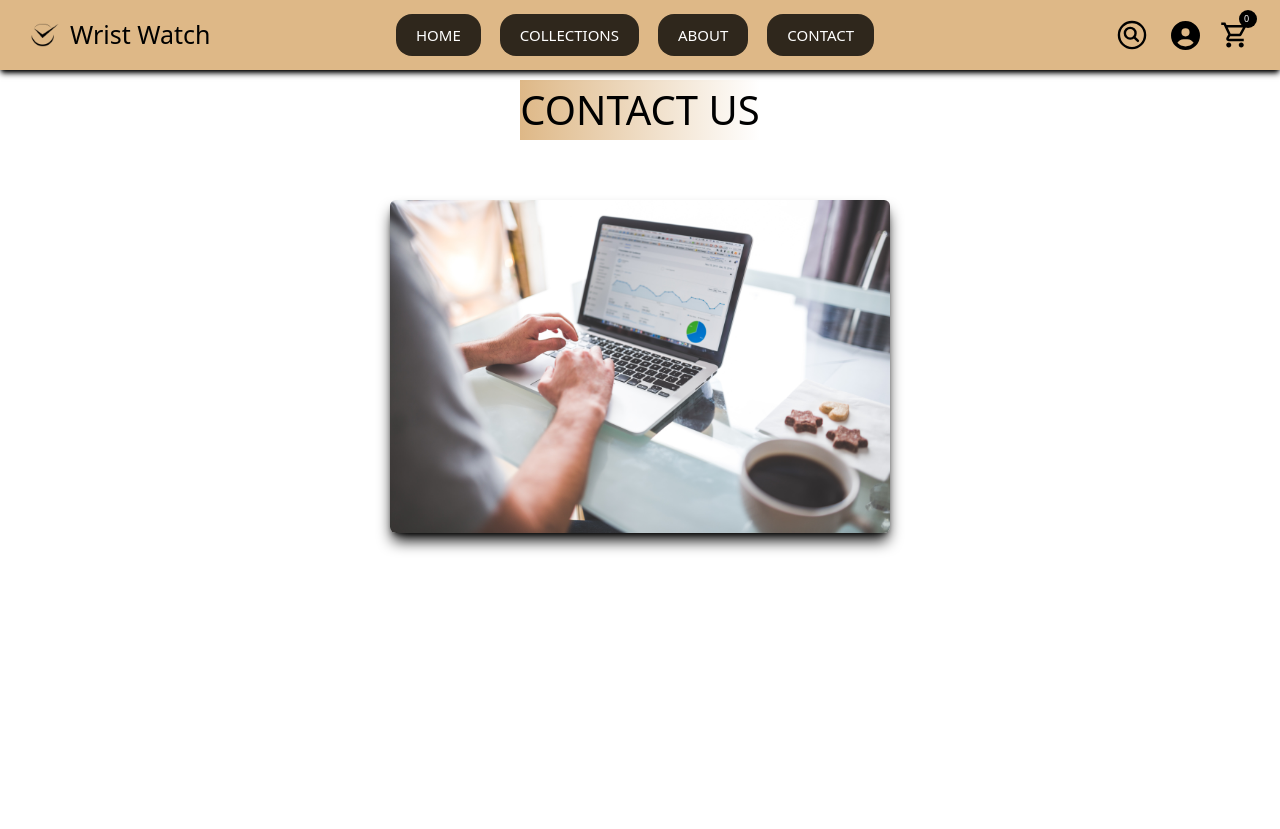
Repository: mansibhanushali/online_watch_ecommerce_mernstack_webapplication
Page: /contact (app in frontend/)
These files come from the project's save history. The page is drawn as it stood at one moment and after the next save; the edit follows.
The browser window is 1280 px wide. The pictures show the whole page.
The page's requests for data from a server got no answer. The project was rebuilt for these pictures with package versions that can differ from the ones it lists, and the page was loaded fresh each time. No one was signed in, and anything a server would have sent is missing. Also part of the build but not shown: frontend/vite.config.js, frontend/src/component/Loading.jsx, frontend/src/pages/Registration.jsx, frontend/src/component/Backgound.jsx, frontend/src/component/Card.jsx, frontend/src/component/LatestCollection.jsx, frontend/src/component/BestSeller.jsx, frontend/src/pages/Product.jsx and 12 more.

Above is the page before, as saved 2025-08-16 17:02:01.

### frontend/index.html
<!doctype html>
<html lang="en">
  <head>
    <meta charset="UTF-8" />
    <link rel="icon" type="image/svg+xml" href="\logo1.png" />
    <meta name="viewport" content="width=device-width, initial-scale=1.0" />
    <title>Wristwatch</title>
  </head>
  <body>
    <div id="root"></div>
    <script type="module" src="/src/main.jsx"></script>
  </body>
</html>

### frontend/src/main.jsx
// src/main.jsx
import React from 'react';
import { createRoot } from 'react-dom/client';
import { BrowserRouter } from 'react-router-dom';
import './index.css';

import App from './App.jsx';
import AuthContext from './context/authContext.jsx';
import UserContextProvider from './context/UserContext.jsx';
import ShopContext from './context/ShopContext.jsx';

createRoot(document.getElementById('root')).render(
  <React.StrictMode>
    <BrowserRouter>
      <AuthContext>
        <UserContextProvider>
          <ShopContext>
            <App />
          </ShopContext>
        </UserContextProvider>
      </AuthContext>
    </BrowserRouter>
  </React.StrictMode>
);

### frontend/src/index.css
@import "tailwindcss";

body {
  @apply bg-white min-h-screen;
}

### frontend/src/App.jsx
import React, { useContext } from 'react';
import { Navigate, Route, Routes, useLocation } from 'react-router-dom';
import Registration from './pages/Registration';
import Home from './pages/Home';
import Login from './pages/Login';
import Nav from './component/Nav';
import { userDataContext } from './context/UserContext';
import About from './pages/About';
import Collections from './pages/Collections';
import Product from './pages/Product';
import Contact from './pages/Contact';
import ProductDetail from './pages/ProductDetail';
import Cart from './pages/Cart';
import PlaceOrder from './pages/PlaceOrder';
import Order from './pages/Order';
import { ToastContainer } from 'react-toastify';
import NotFound from './pages/NotFound';

function App() {
  const { userData } = useContext(userDataContext);
  const location = useLocation();

  // Protected route wrapper
  const ProtectedRoute = (Component) => {
    return userData ? (
      Component
    ) : (
      <Navigate to="/login" state={{ from: location.pathname }} />
    );
  };

  return (
    <>
      <ToastContainer />
      <Nav />
      <Routes>
        {/* Public Routes */}
        <Route path="/" element={<Home />} />
        <Route path="/about" element={<About />} />
        <Route path="/collection" element={<Collections />} />
        <Route path="/collection/:category" element={<Collections />} />
        <Route path="/product" element={<Product />} />
        <Route path="/contact" element={<Contact />} />

        {/* Auth Routes */}
        <Route
          path="/login"
          element={
            userData ? (
              <Navigate to={location.state?.from || '/'} />
            ) : (
              <Login />
            )
          }
        />
        <Route
          path="/signup"
          element={
            userData ? (
              <Navigate to={location.state?.from || '/'} />
            ) : (
              <Registration />
            )
          }
        />

        {/* Protected Routes */}
        <Route
          path="/productdetail/:productId"
          element={ProtectedRoute(<ProductDetail />)}
        />
        <Route path="/cart" element={ProtectedRoute(<Cart />)} />
        <Route path="/placeorder" element={ProtectedRoute(<PlaceOrder />)} />
        <Route path="/order" element={ProtectedRoute(<Order />)} />

        {/* 404 Fallback */}
        <Route path="*" element={<NotFound />} />
      </Routes>
    </>
  );
}

export default App;

### frontend/src/context/AuthContext.jsx
// src/context/AuthContext.jsx
import React, { createContext, useReducer, useEffect } from "react";
import axios from "axios";

const initialState = {
  user: null,
  token: null,
  isAuthenticated: false,
};

function reducer(state, action) {
  switch (action.type) {
    case "LOGIN":
      return {
        ...state,
        user: action.payload.user,
        token: action.payload.token,
        isAuthenticated: true,
      };
    case "LOGOUT":
      return initialState;
    default:
      return state;
  }
}

export const authDataContext = createContext();

function AuthContext({ children }) {
  const serverUrl = "http://localhost:8000";

  const [state, dispatch] = useReducer(reducer, initialState, () => {
    const token = localStorage.getItem("token");
    const user = localStorage.getItem("user");
    return token && user
      ? { token, user: JSON.parse(user), isAuthenticated: true }
      : initialState;
  });

  // axios defaults setup (runs whenever token changes)
  useEffect(() => {
    axios.defaults.baseURL = serverUrl;
    axios.defaults.withCredentials = true;

    if (state.token) {
      axios.defaults.headers.common["Authorization"] = `Bearer ${state.token}`;
      localStorage.setItem("token", state.token);
      localStorage.setItem("user", JSON.stringify(state.user));
    } else {
      delete axios.defaults.headers.common["Authorization"];
      localStorage.removeItem("token");
      localStorage.removeItem("user");
    }
  }, [state.token, state.user]);

  // Fetch current user from backend
  const fetchCurrentUser = async (token) => {
    try {
      const res = await axios.get("/api/user/getcurrentuser", {
        headers: { Authorization: `Bearer ${token}` }
      });
      return res.data;
    } catch (err) {
      console.error("Fetch current user error:", err.response?.data || err.message);
      return null;
    }
  };

  // Login and fetch user
  const login = async ({ token }) => {
    const user = await fetchCurrentUser(token);
    if (user) {
      dispatch({ type: "LOGIN", payload: { token, user } });
    }
  };

  const logout = () => dispatch({ type: "LOGOUT" });

  // Auto login when page refreshes
  useEffect(() => {
    const autoLogin = async () => {
      if (state.token && !state.user) {
        const user = await fetchCurrentUser(state.token);
        if (user) {
          dispatch({ type: "LOGIN", payload: { token: state.token, user } });
        }
      }
    };
    autoLogin();
  }, []);

  return (
    <authDataContext.Provider value={{ serverUrl, ...state, login, logout }}>
      {children}
    </authDataContext.Provider>
  );
}

export default AuthContext;

### frontend/src/context/UserContext.jsx
// src/context/UserContext.jsx
import React, { createContext, useContext, useEffect, useState } from 'react';
import { authDataContext } from './AuthContext';
import axios from 'axios';

export const userDataContext = createContext();

function UserContextProvider({ children }) {
  const [userData, setUserData] = useState(null);
  const { serverUrl } = useContext(authDataContext);

  const getCurrentUser = async () => {
    try {
      // ✅ Cookie-based request
      const result = await axios.get(`${serverUrl}/api/user/getcurrentuser`, {
        withCredentials: true, // Cookie automatically send होगी
      });

      if (result.data?.success) {
        setUserData(result.data.user);
      } else {
        setUserData(null);
      }
    } catch (error) {
      setUserData(null);
      console.error("getCurrentUser error:", error);
    }
  };

  // 🔹 Page load pe call
  useEffect(() => {
    getCurrentUser();
  }, []);

  return (
    <userDataContext.Provider value={{ userData, setUserData, getCurrentUser }}>
      {children}
    </userDataContext.Provider>
  );
}

export default UserContextProvider;

### frontend/src/context/ShopContext.jsx
import React, { createContext, useContext, useEffect, useState, useCallback } from 'react';
import { authDataContext } from './authContext';
import { userDataContext } from './UserContext';
import axios from 'axios';
import { toast } from 'react-toastify';

export const shopDataContext = createContext();

function ShopContextProvider({ children }) {
  const [products, setProducts] = useState([]);
  const [search, setSearch] = useState('');
  const { userData } = useContext(userDataContext);
  const [showSearch, setShowSearch] = useState(false);
  const { serverUrl } = useContext(authDataContext);
  const [cartItem, setCartItem] = useState({});
  const [loading, setLoading] = useState(false);
  const [token, setToken] = useState(localStorage.getItem("token") || "");

  const currency = '₹';
  const delivery_fee = 40;

  // token sync
  useEffect(() => {
    const savedToken = localStorage.getItem("token");
    if (savedToken) {
      setToken(savedToken);
    }
  }, []);

  // ✅ Get products
  const getProducts = useCallback(async () => {
    if (!serverUrl) return;
    try {
      const result = await axios.get(`${serverUrl}/api/product/list`);
      setProducts(result.data);
    } catch (error) {
      console.error("Get Products Error:", error);
    }
  }, [serverUrl]);

  // ✅ Add to cart
  const addtoCart = async (itemId) => {
    let cartData = structuredClone(cartItem);
    cartData[itemId] = (cartData[itemId] || 0) + 1;
    setCartItem(cartData);

    if (userData && token) {
      setLoading(true);
      try {
        await axios.post(
          `${serverUrl}/api/cart/add`,
          { itemId },
          {
            headers: { Authorization: `Bearer ${token}` },
            withCredentials: true
          }
        );
      } catch (error) {
        console.error(error);
        toast.error("Add Cart Error");
      } finally {
        setLoading(false);
      }
    }
  };

  // ✅ Get user cart
  const getUserCart = useCallback(async () => {
    if (!token || !serverUrl) return;
    try {
      const result = await axios.post(
        `${serverUrl}/api/cart/get`,
        {},
        {
          headers: { Authorization: `Bearer ${token}` },
          withCredentials: true
        }
      );
      setCartItem(result.data || {});
    } catch (error) {
      console.error("Get User Cart Error:", error);
    }
  }, [serverUrl, token]);

  // ✅ Update cart item quantity
  const updateQuantity = async (itemId, quantity) => {
    let cartData = structuredClone(cartItem);
    cartData[itemId] = quantity;
    setCartItem(cartData);

    if (userData && token) {
      try {
        await axios.post(
          `${serverUrl}/api/cart/update`,
          { itemId, quantity },
          {
            headers: { Authorization: `Bearer ${token}` },
            withCredentials: true
          }
        );
      } catch (error) {
        console.error(error);
      }
    }
  };

  // ✅ Total cart items count
  const getCartCount = () => {
    return Object.values(cartItem).reduce((acc, qty) => acc + qty, 0);
  };

  // ✅ Total cart amount
  const getCartAmount = () => {
    let totalAmount = 0;
    for (const itemId in cartItem) {
      let itemInfo = products.find((product) => product._id === itemId);
      if (itemInfo && cartItem[itemId] > 0) {
        totalAmount += itemInfo.price * cartItem[itemId];
      }
    }
    return totalAmount;
  };

  // Fetch products and cart
  useEffect(() => {
    getProducts();
  }, [getProducts]);

  useEffect(() => {
    getUserCart();
  }, [getUserCart]);

  let value = {
    products,
    currency,
    delivery_fee,
    getProducts,
    search,
    setSearch,
    showSearch,
    setShowSearch,
    cartItem,
    addtoCart,
    getCartCount,
    setCartItem,
    updateQuantity,
    getCartAmount,
    loading,
    serverUrl,
    setToken,
    token
  };

  return (
    <shopDataContext.Provider value={value}>
      {children}
    </shopDataContext.Provider>
  );
}

export default ShopContextProvider;

### frontend/src/component/Nav.jsx
import React, { useContext, useState, useEffect, useRef } from 'react'
import logo from '../assets/logo.png'
import { IoSearchCircleOutline, IoSearchCircleSharp } from "react-icons/io5";
import { FaCircleUser } from "react-icons/fa6";
import { MdOutlineShoppingCart } from "react-icons/md";
import { userDataContext } from '../context/UserContext';
import { useNavigate } from 'react-router-dom';
import { IoMdHome } from "react-icons/io";
import { HiOutlineCollection } from "react-icons/hi";
import { MdContacts } from "react-icons/md";
import axios from 'axios';
import { authDataContext } from '../context/authContext';
import { shopDataContext } from '../context/ShopContext';

function Nav() {
  const { userData } = useContext(userDataContext)
  const { serverUrl } = useContext(authDataContext)
  const { showSearch, setShowSearch, search, setSearch, getCartCount } = useContext(shopDataContext)
  const [showProfile, setShowProfile] = useState(false)
  const [showNav, setShowNav] = useState(true)
  const [lastScrollY, setLastScrollY] = useState(0)
  const [showCollectionMenu, setShowCollectionMenu] = useState(false)
  const navigate = useNavigate()
  const collectionRef = useRef()

  // Scroll hide logic
  useEffect(() => {
    const handleScroll = () => {
      const currentScrollY = window.scrollY;
      if (currentScrollY > lastScrollY) {
        setShowNav(false);
      } else {
        setShowNav(true);
      }
      setLastScrollY(currentScrollY);
    };
    window.addEventListener("scroll", handleScroll);
    return () => window.removeEventListener("scroll", handleScroll);
  }, [lastScrollY]);

  // Close collection menu when clicked outside
  useEffect(() => {
    const handleClickOutside = (event) => {
      if (collectionRef.current && !collectionRef.current.contains(event.target)) {
        setShowCollectionMenu(false)
      }
    }
    document.addEventListener("mousedown", handleClickOutside)
    return () => document.removeEventListener("mousedown", handleClickOutside)
  }, [])

  const handleLogout = async () => {
    try {
      const result = await axios.get(serverUrl + "/api/auth/logout", { withCredentials: true })
      console.log(result.data)
      navigate("/login")
    } catch (error) {
      console.log(error)
    }
  }

  return (
    <div
      className='w-[100vw] h-[70px] bg-[burlywood] z-10 fixed flex items-center justify-between px-[30px] shadow-md shadow-black transition-all duration-300'
      style={{ top: showNav ? '0' : '-100px' }}
    >
      <div className='w-[20%] lg:w-[30%] flex items-center justify-start gap-[10px] '>
        <img src={logo} alt="" className='w-[30px]' />
        <h1 className='text-[25px] text-[black] font-sans '>Wrist Watch</h1>
      </div>

      <div className='w-[50%] lg:w-[40%] hidden md:flex'>
        <ul className='flex items-center justify-center gap-[19px] text-[white] '>
          <li className='text-[15px] hover:bg-slate-500 cursor-pointer bg-[#000000c9] py-[10px] px-[20px] rounded-2xl' onClick={() => navigate("/")}>HOME</li>

          {/* COLLECTIONS with Submenu */}
          <li className='relative' ref={collectionRef}>
            <button
              className='text-[15px] hover:bg-slate-500 cursor-pointer bg-[#000000c9] py-[10px] px-[20px] rounded-2xl'
              onClick={() => setShowCollectionMenu(prev => !prev)}
            >
              COLLECTIONS
            </button>

            {showCollectionMenu && (
              <ul className='absolute top-full left-0 mt-2 bg-white border rounded-lg shadow-md text-black w-[150px] z-10'>
                <li className='px-4 py-2 hover:bg-gray-100 cursor-pointer' onClick={() => { navigate("/collection/men"); setShowCollectionMenu(false) }}>Men</li>
                <li className='px-4 py-2 hover:bg-gray-100 cursor-pointer' onClick={() => { navigate("/collection/women"); setShowCollectionMenu(false) }}>Women</li>
                <li className='px-4 py-2 hover:bg-gray-100 cursor-pointer' onClick={() => { navigate("/collection/kids"); setShowCollectionMenu(false) }}>Kids</li>
              </ul>
            )}
          </li>

          <li className='text-[15px] hover:bg-slate-500 cursor-pointer bg-[#000000c9] py-[10px] px-[20px] rounded-2xl' onClick={() => navigate("/about")}>ABOUT</li>
          <li className='text-[15px] hover:bg-slate-500 cursor-pointer bg-[#000000c9] py-[10px] px-[20px] rounded-2xl' onClick={() => navigate("/contact")}>CONTACT</li>
        </ul>
      </div>

      <div className='w-[30%] flex items-center justify-end gap-[20px]'>
        {!showSearch && <IoSearchCircleOutline className='w-[38px] h-[38px] text-[#000000]  cursor-pointer' onClick={() => { setShowSearch(prev => !prev); navigate("/collection") }} />}
        {showSearch && <IoSearchCircleSharp className='w-[38px] h-[38px] text-[#000000]  cursor-pointer' onClick={() => setShowSearch(prev => !prev)} />}
        {!userData && <FaCircleUser className='w-[29px] h-[29px] text-[#000000]  cursor-pointer' onClick={() => setShowProfile(prev => !prev)} />}
        {userData && <div className='w-[30px] h-[30px] bg-[#080808] text-[white] rounded-full flex items-center justify-center cursor-pointer' onClick={() => setShowProfile(prev => !prev)}>{userData?.name.slice(0, 1)}</div>}
        <MdOutlineShoppingCart className='w-[30px] h-[30px] text-[#000000]  cursor-pointer hidden md:block' onClick={() => navigate("/cart")} />
        <p className='absolute w-[18px] h-[18px] items-center  justify-center bg-black px-[5px] py-[2px] text-white  rounded-full text-[9px] top-[10px] right-[23px] hidden md:block'>{getCartCount()}</p>
      </div>

      {showSearch && (
        <div className='w-[100%]  h-[80px] bg-[burlywood] absolute top-[100%] left-0 right-0 flex items-center justify-center'>
          <input type="text" className='lg:w-[50%] w-[80%] h-[60%] bg-[burlywood] rounded-[30px] px-[50px] placeholder:text-white text-[white] text-[18px] border-2 border-black' placeholder='Search Here' onChange={(e) => { setSearch(e.target.value) }} value={search} />
        </div>
      )}

      {showProfile && (
        <div className='absolute w-[220px] h-[150px] bg-[white] top-[110%] right-[4%] border-[1px] border-[black] rounded-[10px] z-10'>
          <ul className='w-[100%] h-[100%] flex items-start justify-around flex-col text-[17px] py-[10px] text-[black]'>
            {!userData && <li className='w-[100%] hover:bg-[#burlywood]  px-[15px] py-[10px] cursor-pointer' onClick={() => { navigate("/login"); setShowProfile(false) }}>Login</li>}
            {userData && <li className='w-[100%] hover:bg-[#burlywood]  px-[15px] py-[10px] cursor-pointer' onClick={() => { handleLogout(); setShowProfile(false) }}>LogOut</li>}
            <li className='w-[100%] hover:bg-[#burlywood]  px-[15px] py-[10px] cursor-pointer' onClick={() => { navigate("/order"); setShowProfile(false) }} >Orders</li>
            <li className='w-[100%] hover:bg-[#burlywood]  px-[15px] py-[10px] cursor-pointer' onClick={() => { navigate("/about"); setShowProfile(false) }} >About</li>
          </ul>
        </div>
      )}

      {/* Mobile Bottom Nav */}
      <div className='w-[100vw] h-[90px] flex items-center justify-between px-[20px] text-[12px] fixed bottom-0 left-0 bg-[burlywood] md:hidden'>
        <button className='text-[black] flex items-center justify-center flex-col gap-[2px]' onClick={() => navigate("/")}><IoMdHome className='w-[28px] h-[28px] text-[black] md:hidden' /> Home</button>
        <button className='text-[black] flex items-center justify-center flex-col gap-[2px]' onClick={() => navigate("collection")}><HiOutlineCollection className='w-[28px] h-[28px] text-[black] md:hidden' /> Collections</button>
        <button className='text-[black] flex items-center justify-center flex-col gap-[2px] ' onClick={() => navigate("/contact")}><MdContacts className='w-[28px] h-[28px] text-[black] md:hidden' />Contact</button>
        <button className='text-[black] flex items-center justify-center flex-col gap-[2px]' onClick={() => navigate("/cart")}><MdOutlineShoppingCart className='w-[28px] h-[28px] text-[black] md:hidden' /> Cart</button>
        <p className='absolute w-[18px] h-[18px] flex items-center justify-center bg-burlywood px-[5px] py-[2px] text-black font-semibold  rounded-full text-[9px] top-[8px] right-[18px]'>{getCartCount()}</p>
      </div>
    </div>
  )
}

export default Nav

### frontend/src/pages/Contact.jsx
import React from 'react';
import Title from '../component/Title';
import contact from "../assets/contact.jpg";

function Contact() {
  return (
    <div className='w-full min-h-screen flex flex-col items-center justify-center bg-gradient-to-l from-[burlwood] to-[#burlywood] pt-20 pb-10 gap-12'>

      <Title text1="CONTACT" text2="US" />

      {/* Image */}
      <img
        src={contact}
        alt="contact"
        className='w-[80%] max-w-[500px] rounded-md shadow-lg shadow-black'
      />

      {/* Text Info */}
      <div className='text-center text-white space-y-4'>
        <div>
          <p className='font-bold text-lg'>Our Store</p>
          <p>Kalawad Road</p>
          <p>Rajkot, Gujrat, India</p>
        </div>

        <div>
          <p>Tel: +91-8866491889</p>
          <p>Email: wristwatchadmin@gmail.com</p>
        </div>

        <div>
          <p className='font-bold text-lg'>Careers at Wrist Watch</p>
          <p>Join our team to innovate the future of wrist watches.</p>
        </div>
      </div>
    </div>
  );
}

export default Contact;

### frontend/src/component/Title.jsx
import React from 'react'

function Title({text1 ,text2}) {
  return (
    <div className='inline-flex gap-2 items-center text-center mb-3 text-[35px] md:text-[40px] bg-gradient-to-l from-[burlwood] to-[burlywood]'>
        <p className='text-black'>{text1} <span className='text-[black] '>{text2}</span></p>

    </div>
  )
}

export default Title

After the next save:
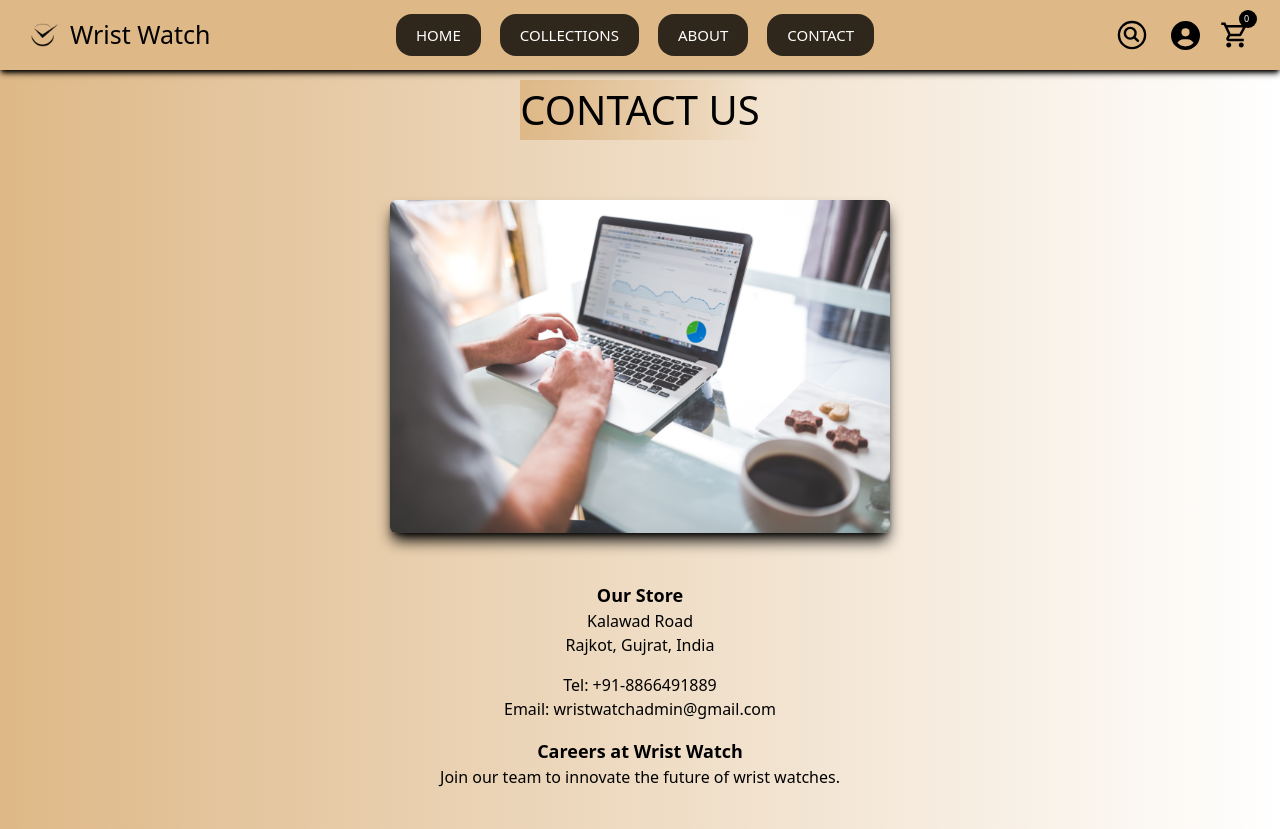
Saved 11 s later.
--- a/frontend/src/pages/Contact.jsx
+++ b/frontend/src/pages/Contact.jsx
@@ -4,7 +4,7 @@ import contact from "../assets/contact.jpg";
 
 function Contact() {
   return (
-    <div className='w-full min-h-screen flex flex-col items-center justify-center bg-gradient-to-l from-[burlwood] to-[#burlywood] pt-20 pb-10 gap-12'>
+    <div className='w-full min-h-screen flex flex-col items-center justify-center bg-gradient-to-l from-[burlwood] to-[burlywood] pt-20 pb-10 gap-12'>
 
       <Title text1="CONTACT" text2="US" />
 
@@ -16,7 +16,7 @@ function Contact() {
       />
 
       {/* Text Info */}
-      <div className='text-center text-white space-y-4'>
+      <div className='text-center text-black space-y-4'>
         <div>
           <p className='font-bold text-lg'>Our Store</p>
           <p>Kalawad Road</p>
